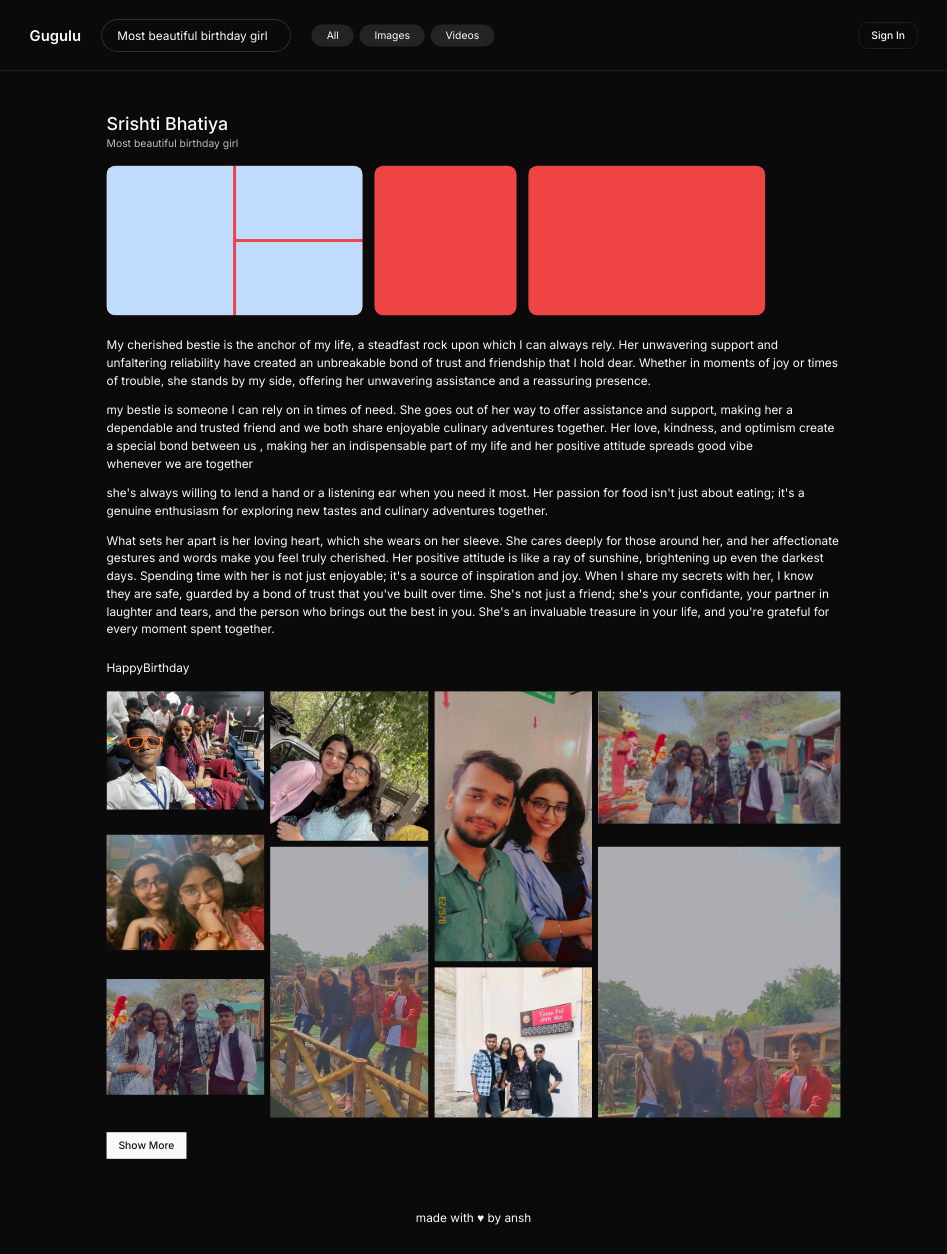
Repository: Harshgoel17/anshfinal
Page: /srishti
The author's editor kept a copy of each file at every save. The page is drawn from the files as they stood at one save, then again after the next save.
The browser window is 1280 px wide. The pictures show the whole page, at 74% of full size.
The project was rebuilt for these pictures with package versions that can differ from the ones it lists, and the page was loaded fresh each time. The framework's server and built-in components were replaced by stand-ins that run in the browser. Also part of the build but not shown: next.config.js.

Above is the page before, as saved 2023-10-06 17:28:56.

After the next save:
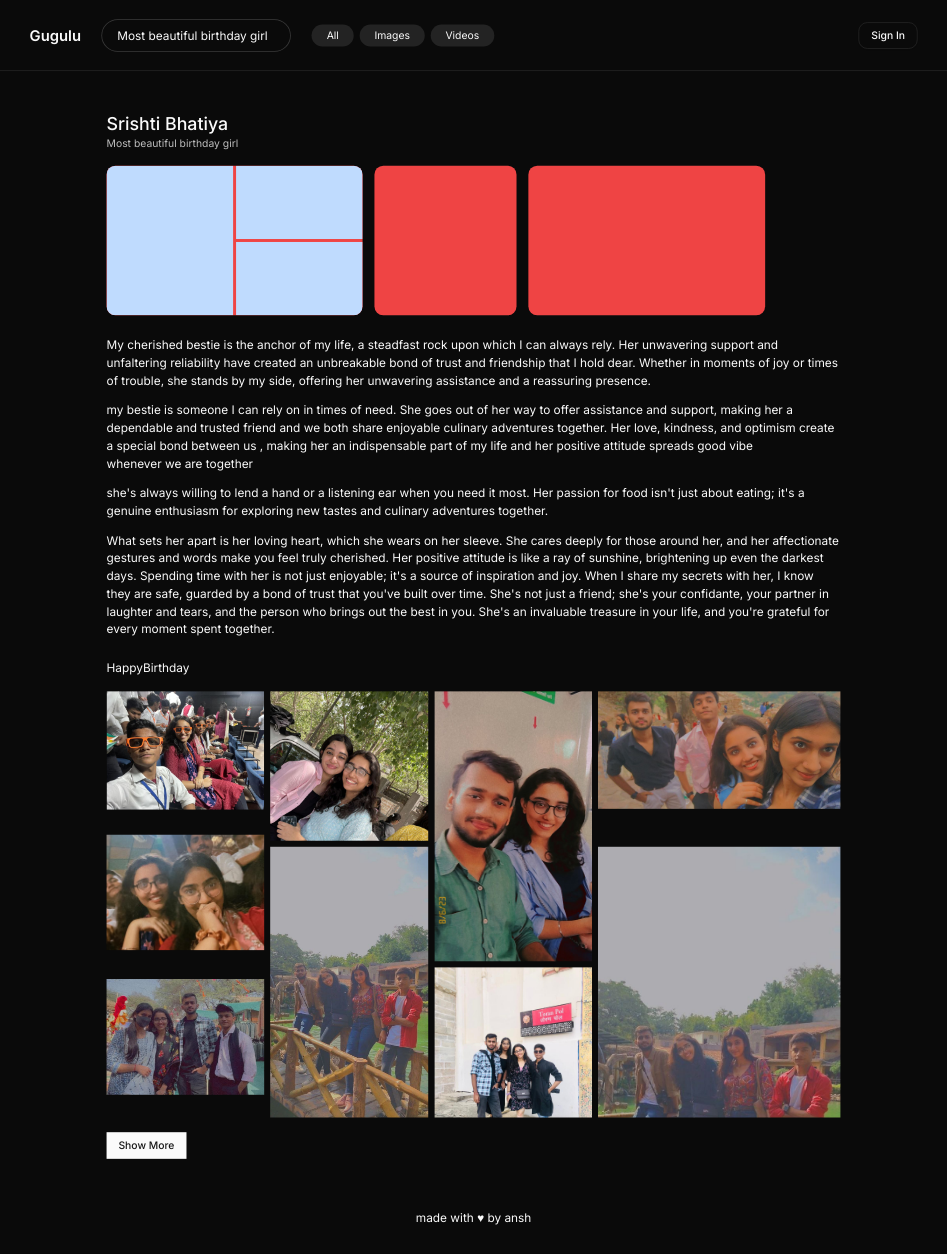
Saved 4 s later.
--- a/components/Gallery.jsx
+++ b/components/Gallery.jsx
@@ -41,7 +41,7 @@
 
         <div className='flex h-full flex-col w-full flex-1 gap-2  '>
             <span className=' w-full h-full flex-1 relative overflow-hidden'>
-                    <img src="/images/25.jpg" alt="" className='absolute '/>
+                    <img src="/images/35.jpg" alt="" className='absolute '/>
                 </span>
 
                 <span className=' w-full h-full flex-[1.8] relative overflow-hidden'>

After the save that followed:
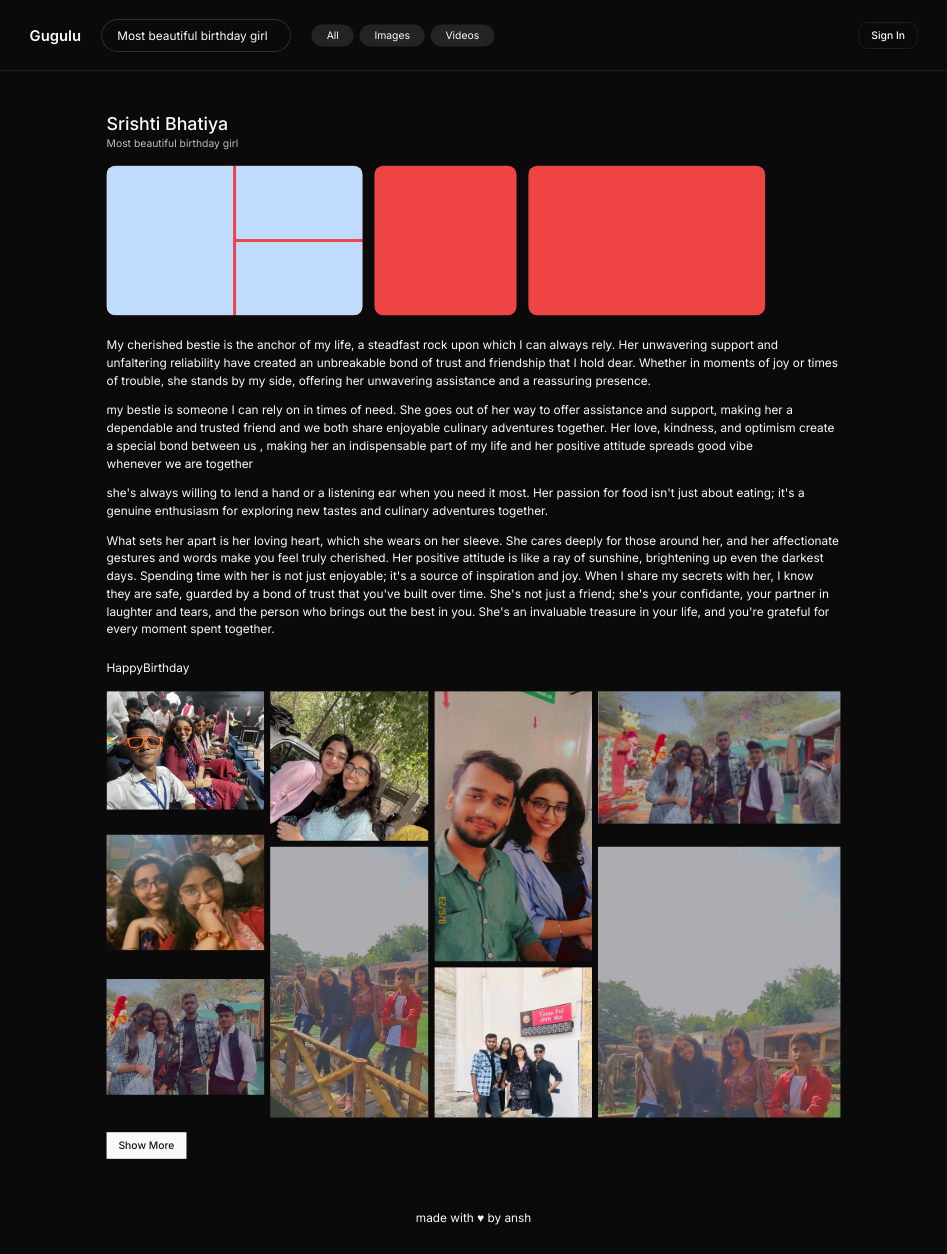
Saved 5 s later.
--- a/components/Gallery.jsx
+++ b/components/Gallery.jsx
@@ -41,7 +41,7 @@
 
         <div className='flex h-full flex-col w-full flex-1 gap-2  '>
             <span className=' w-full h-full flex-1 relative overflow-hidden'>
-                    <img src="/images/35.jpg" alt="" className='absolute '/>
+                    <img src="/images/25.jpg" alt="" className='absolute '/>
                 </span>
 
                 <span className=' w-full h-full flex-[1.8] relative overflow-hidden'>
